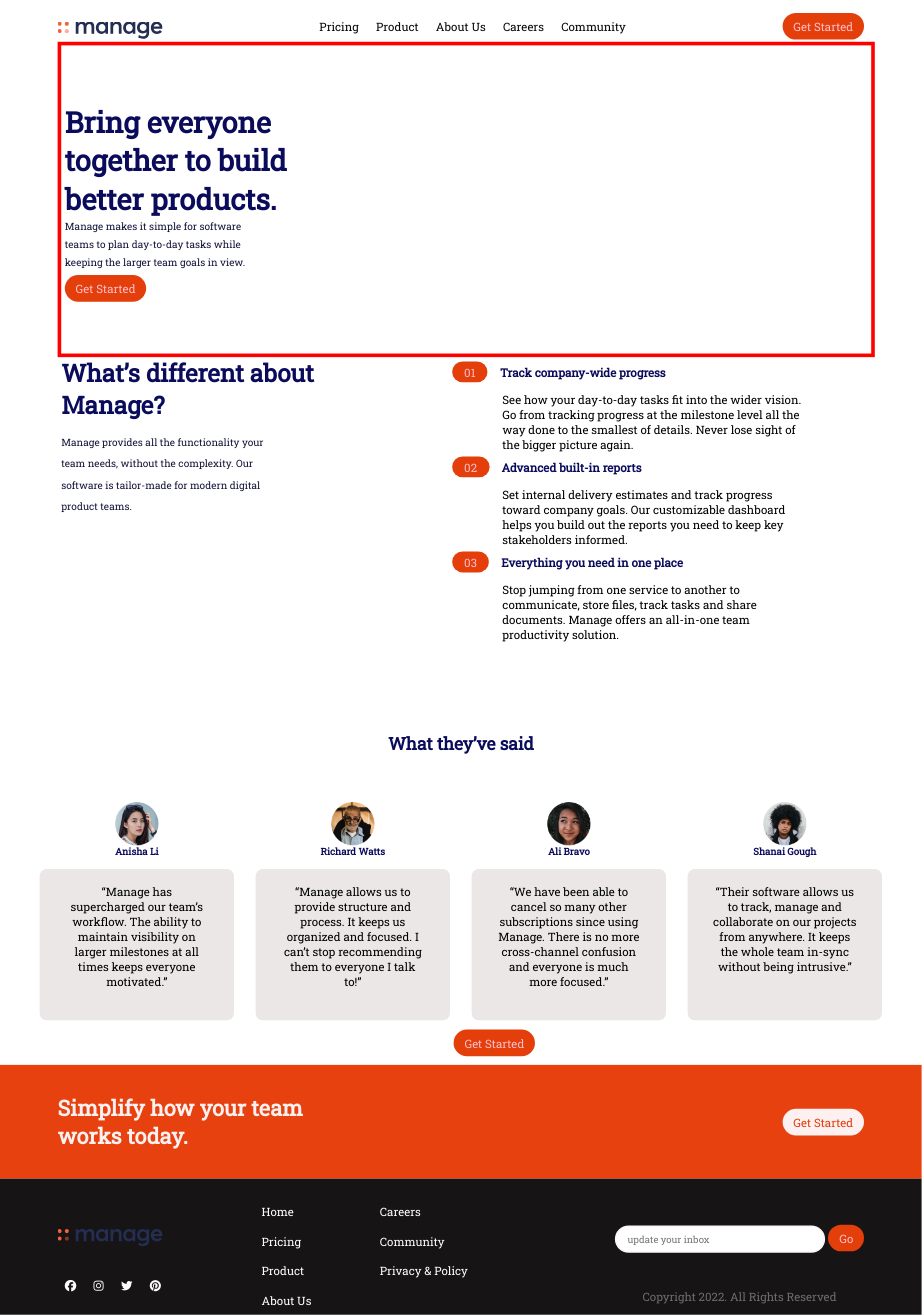
Repository: Gozo101/Black-Skin-Brother
Page: Nov-Dec Projects/manage-landing-page-master/manage-landing-page-master/index.html
An editor plug-in stored every save of this project. The page is shown before and after the next save, followed by the edit.
The browser window is 1280 px wide. The pictures show the whole page, at 72% of full size.
Some web libraries are served in a nearby version.

Above is the page before, as saved 2024-01-11 11:44:07.

### Nov-Dec Projects/manage-landing-page-master/manage-landing-page-master/index.html
<!DOCTYPE html>
<html lang="en">
<head>
  <meta charset="UTF-8">
  <meta http-equiv="X-UA-Compatible" content="IE=edge">
  <meta name="viewport" content="width=device-width, initial-scale=1.0">
  <script src="https://kit.fontawesome.com/8655d38ad2.js" crossorigin="anonymous"></script>
  <link rel="preconnect" href="https://fonts.googleapis.com">
<link rel="preconnect" href="https://fonts.gstatic.com" crossorigin>
<link href="https://fonts.googleapis.com/css2?family=Nunito&family=Poppins&family=Roboto+Slab&display=swap" rel="stylesheet">
<link rel="stylesheet" href="/manage-landing-page-master/style.css">
<title>Frontend Mentor | Manage landing page</title>
</head>
<body>

  <div class="body">

    <nav>
      <div class="logo">
        <img src="./images/logo.svg" alt="" style="padding-top: 15px; cursor: pointer;">
      </div>

      <ul>
        <li><a href="#">Pricing</a></li>
        <li><a href="#">Product</a></li>
        <li><a href="#">About Us</a></li>
        <li><a href="#">Careers</a></li>
        <li><a href="#">Community</a></li>
      </ul>

      <a class="button" href="#">Get Started</a>
    </nav>

    <div class="statistics">
      <h3>Bring everyone<br>together to build<br>better products.</h3>
      <p>Manage makes it simple for software teams to plan day-to-day
        tasks while keeping the larger team goals in view.</p>

      <a class="button" href="#">Get Started</a>
    </div>

  <div class="middle">
    <div class="manage">
      <h3>What’s different about Manage?</h3>
    <p id="manage">Manage provides all the functionality your team needs, without
      the complexity. Our software is tailor-made for modern digital
      product teams.</p>
    </div>



    <div id="span">
    <span>01</span>
      <h4>Track company-wide progress</h4>
      <p>See how your day-to-day tasks fit into the wider vision. Go from
      tracking progress at the milestone level all the way done to the
      smallest of details. Never lose sight of the bigger picture again.</p>
    <span>02</span>
      <h4>Advanced built-in reports</h4>
      <p>Set internal delivery estimates and track progress toward company
      goals. Our customizable dashboard helps you build out the reports
      you need to keep key stakeholders informed.</p>
    <span>03</span>
      <h4>Everything you need in one place</h4>
      <p>Stop jumping from one service to another to communicate, store files,
      track tasks and share documents. Manage offers an all-in-one team
      productivity solution.</p>
    </div>
  </div>

  <div class="testimonial">
      <h2>What they’ve said</h2>

      <div class="box">
        <div class="card">
          <img src="./images/avatar-anisha.png" alt="">
          <h5>Anisha Li</h5>
          <div class="review">
            <p>“Manage has supercharged our team’s workflow. The ability to maintain
              visibility on larger milestones at all times keeps everyone motivated.”
            </p>
          </div>
        </div>

        <div class="card">
          <img src="./images/avatar-richard.png" alt="">
          <h5>Richard Watts</h5>
          <div class="review">
            <p>“Manage allows us to provide structure and process. It keeps us organized
              and focused. I can’t stop recommending them to everyone I talk to!”</p>
          </div>
        </div>

        <div class="card">
          <img src="./images/avatar-ali.png" alt="">
          <h5>Ali Bravo</h5>
          <div class="review">
            <p>“We have been able to cancel so many other subscriptions since using
              Manage. There is no more cross-channel confusion and everyone is much
              more focused.”</p>
          </div>
        </div>

        <div class="card">
          <img src="./images/avatar-shanai.png" alt="">
          <h5>Shanai Gough</h5>
          <div class="review">
            <p>“Their software allows us to track, manage and collaborate on our projects
              from anywhere. It keeps the whole team in-sync without being intrusive.”</p>
          </div>
        </div>
      </div>
      <div id="btn">
      <a class="button" href="#">Get Started</a>
    </div>
    </div>



  </div>
  <section>
    <h3>Simplify how your team <br> works today.</h3>
    <a class="button" id="white" href="#">Get Started</a>
  </section>

  <footer>
    <div class="all">
    <div class="logo">
      <img id="logo" src="./images/logo.svg" alt="">


    <div class="socials">
      <ul>
        <li class="media"><a  href="#"><i class=" fa-brands fa-facebook"></i></a></li>
        <li class="media"><a  href="#"><i class="fa-brands fa-instagram"></i></a></li>
        <li class="media"><a  href="#"><i class="fa-brands fa-twitter"></i></a></li>
        <li class="media"><a  href="#"><i class="fa-brands fa-pinterest"></i></a></li>
      </ul>
    </div>
  </div>

    <div class="items">
    <div class="list">
      <ul>
        <li><a href="#">Home</a></li>
        <li><a href="#">Pricing</a></li>
        <li><a href="#">Product</a></li>
        <li><a href="#">About Us</a></li>
      </ul>
    </div>

    <div class="list">
      <ul>
        <li><a href="#">Careers</a></li>
        <li><a href="#">Community</a></li>
        <li><a href="#">Privacy & Policy</a></li>
      </ul>
    </div>
  </div>

   <div class="email-go">
    <input type="email" name="" id="email" placeholder="update your inbox">
    <a class="button" href="#">Go</a>
    <br>
    <p>Copyright 2022. All Rights Reserved</p>
  </div>


  </div>
  </footer>
</body>
</html>

### Nov-Dec Projects/manage-landing-page-master/style.css
*{
  font-family: 'Roboto Slab', serif;
  padding: 0;
  margin: 0;
}

.body{
  padding-left: 80px;
  padding-right: 80px;
}

nav ul li{
  list-style-type: none;
  display: inline;
  padding: 10px;
}

nav ul li a{
  color: rgb(7, 7, 7);
  text-decoration:none;
}

nav ul li a:hover{
  color: #f900fd;
  transition: .4s;
}

nav{
  align-items: center;
  display: flex;
  justify-content: space-between;
  padding-top: 15px;
}

.button{
  text-decoration: none;
  color: pink;
  background-color: rgb(228, 62, 11);
  padding: 8px;
  padding-left: 15px;
  padding-right: 15px;
  border-radius: 35px;
  transition: 6s;
}

.statistics{
  padding-left: 5px;
  padding-bottom: 80px;
  padding-top: 80px;
  width: 100%;
  border: 5px solid red;
}

.statistics h3{
  font-size: 2.5em;
  color: rgb(11, 11, 92);
}

.statistics p{
  padding-bottom: 13px;
  line-height: 25px;
  color: rgb(21, 21, 59);
  font-size: 14px;
  width: 23%;
  overflow-wrap: break-word;
}

.middle{
  width: 100%;
  /*border: 5px solid red;*/
  padding-left: 5px;
  height: 520px;
  display: flex;
}

.manage{
  /*border: 5px solid red;*/
  width: 48%;
}

.middle h3{
  font-size: 2.1em;
  color: rgb(11, 11, 92);
  width: 75%;
  padding-bottom: 15px;
}

#manage{
  width: 55%;
  line-height: 30px;
  color: rgb(21, 21, 59);
  padding-bottom: 20px;
  font-size: 14px;
}


#span{
  width: 50%;
  /*border: red 5px solid;*/
  padding-left: 5px;
  /*float: right;*/
}

span{
  color: pink;
  background-color: rgb(228, 62, 11);
  padding: 4px 17px;
  border-radius: 35px;
  white-space: nowrap;
}

#span h4{
  display: inline-block;
  padding-left: 13px;
  color: rgb(11, 11, 92);
  padding-bottom: 17px;
  padding-top: 10px;
}

#span p{
  padding-left: 70px;
  width: 75%;
  overflow-wrap: break-word;
}

.testimonial h2{
  color: rgb(11, 11, 92);
  text-align: center;
  padding-bottom: 60px;
}

.testimonial h5{
  color: rgb(11, 11, 92);
  text-align: center;
}

.testimonial .box{
  display: flex;
  justify-content: center;
  align-items: center;
  min-height: 330px;
}

.card img{
  width: 60px;
  display: flex;
  align-items: center;
  justify-content: center;
  padding-left :120px;
}

.testimonial .review{
  background: rgb(235, 231, 231);
  height: 170px;
  width: 200px;
  padding: 20px 35px;
  border-radius: 10px;
  margin: 15px;
  text-align: center;
}

.testimonial #btn{
  padding-left: 550px;
}

section{
  align-items: center;
  display: flex;
  justify-content: space-between;
  background-color: rgb(230, 65, 15);
  padding: 40px 80px;
  margin-top: 20px;
}

section h3{
  font-size: 30px;
  color:  rgb(252, 240, 240);;
}

section #white{
  color: rgb(228,62,11);
  background-color: rgb(252, 240, 240);
}


footer .socials .media{
  list-style-type: none;
  display: inline;
  padding: 10px;
}

footer .socials .media a{
  color: white;
}



footer .items .list ul li{
  list-style-type: none;
  display: block;
  padding: 10px;
}

footer .items .list ul li a{
  text-decoration: none;
  color: white;
}

footer .items{
  display: flex;
  justify-content: space-between;
  padding-top: 25px;
}

footer .list{
  padding-right: 75px;
}

footer #email{
  display: inline;
  padding: 8px 100px 8px 15px;
  border: 2px solid #faf7f8;
  outline: none;
  border-radius: 30px;
}

footer p{
  padding-top: 50px;
  text-align: center;
  color: #f5f5f565;
}

footer .email-go{
  padding-top: 50px;
}

/*footer .hold p{
padding-bottom: 50px;
}*/

.all{
  align-items: center;
  display: flex;
  justify-content: space-between;
}

footer{
  background-color: rgb(22, 20, 20);
  color: white;
  padding: 0 80px;

}

footer img{
  padding-top: 40px;
  padding-bottom: 40px;
}






@media only screen and (max-width: 768px) {
  /* For mobile phones: */
  body{
    font-size: 16px;
  }

  nav ul, nav a{
    visibility: hidden;
  }

  .statistics {
    display: block;
    align-items: center;
    justify-content: center;
}

.statistics h3{
  width: 60%;
  border: red solid 2px;
  text-align: center;
  align-items: center;
}

.statistics p{
  width: 45%;
  padding-left: 30px;
  word-wrap: break-word;
  border: red solid 2px;
  word-spacing: 2px;
}

.middle{
  display: flex;
  flex-direction: column;
  border: red solid 2px;

}

.manage{
  /* width: 75%; */
}
#manage{
/* width: 70%; */
}

#span{
  width: 100%;
}

#span h4{
  background-color: rgb(236, 209, 209);
  width: 84%;
  padding: 4px 17px;
}

section{
  align-items: center;
  display: block;
}

section h3{
  width: 44%;
  padding-bottom: 20px;
  align-items: center;
}

footer{
  display: block;
}

/*  .statistics {
    align-items: center;
    justify-content: center;
}

  .statistics h3{
    width: 100%;
    font-size: 27px;
  }

  .statistics p{
    width: 150%;
    font-size: 18px;
  }
*/


}

After the next save:
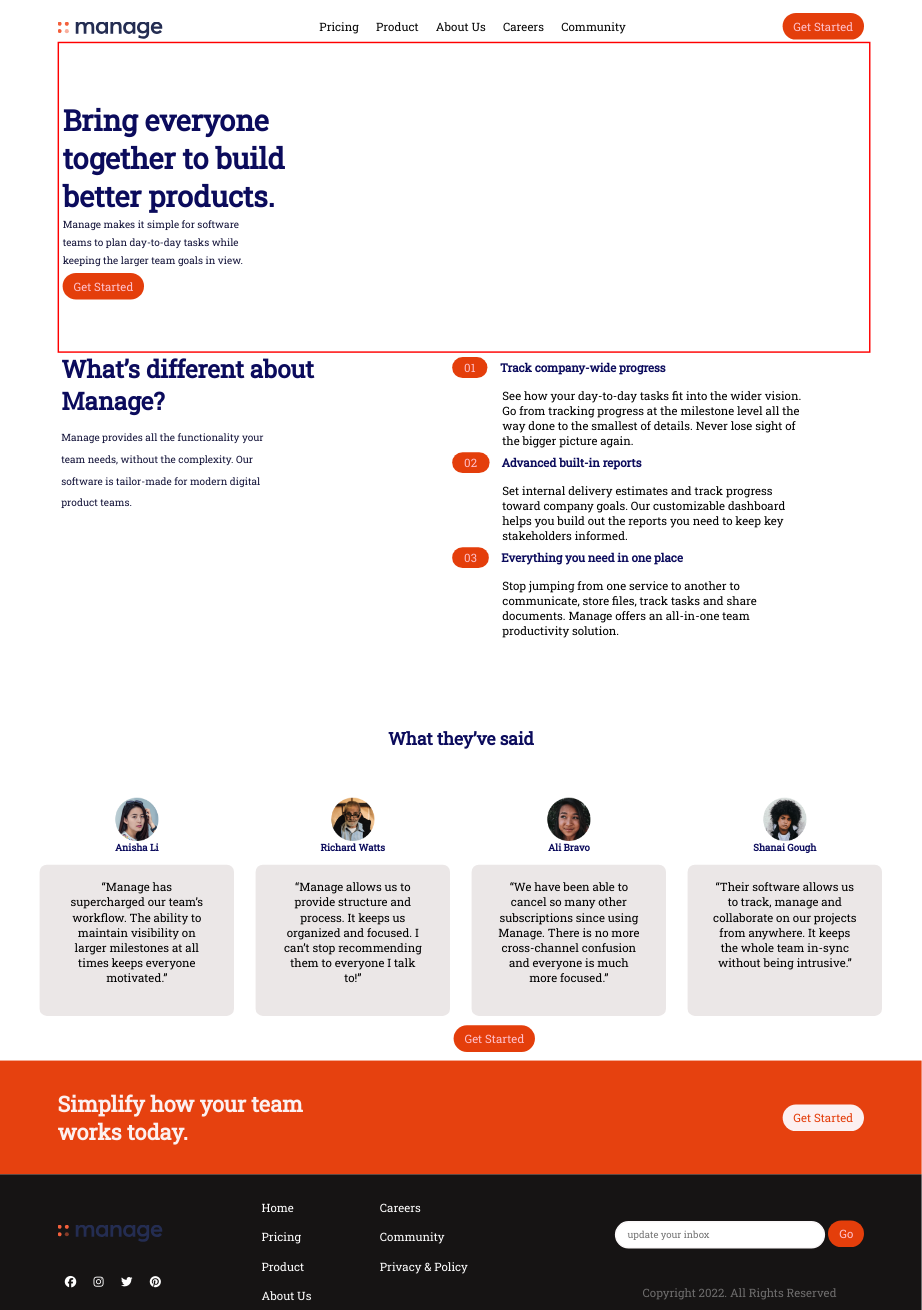
Saved 16 s later.
--- a/Nov-Dec Projects/manage-landing-page-master/style.css
+++ b/Nov-Dec Projects/manage-landing-page-master/style.css
@@ -48,7 +48,7 @@ nav{
   padding-bottom: 80px;
   padding-top: 80px;
   width: 100%;
-  border: 5px solid red;
+  border: 2px solid red;
 }
 
 .statistics h3{
